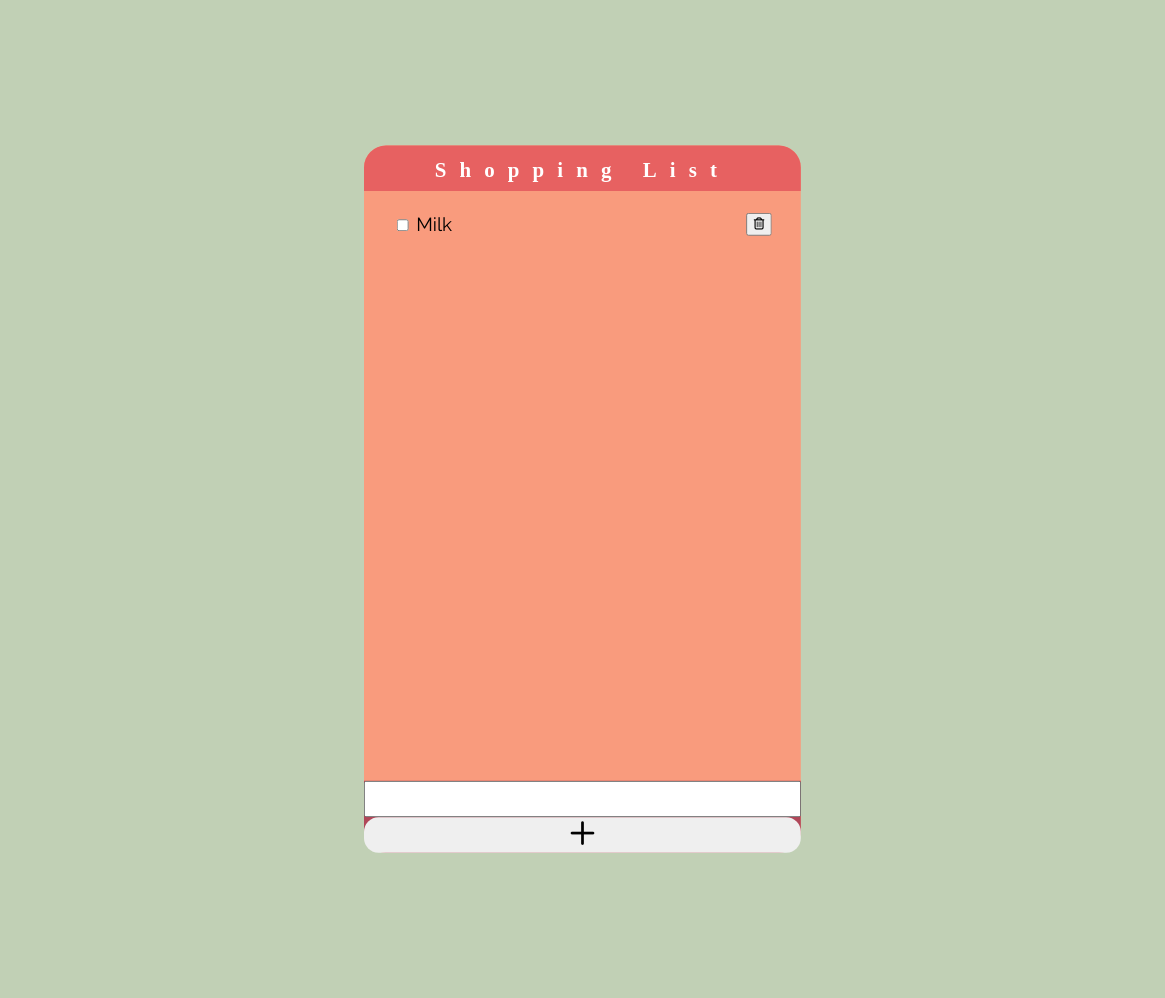
Repository: sephinejo/shopping-list-app
Page: index.html
The author's editor kept a copy of each file at every save. The page is drawn from the files as they stood at one save, then again after a run of saves.
The browser window is 1280 px wide. The pictures show the whole page, at 91% of full size.
Some web fonts or font styles are not loaded; a fallback is used. Some web libraries are served in a nearby version.

Above is the page before, as saved 2023-05-12 11:12:25.

After the next 2 saves:
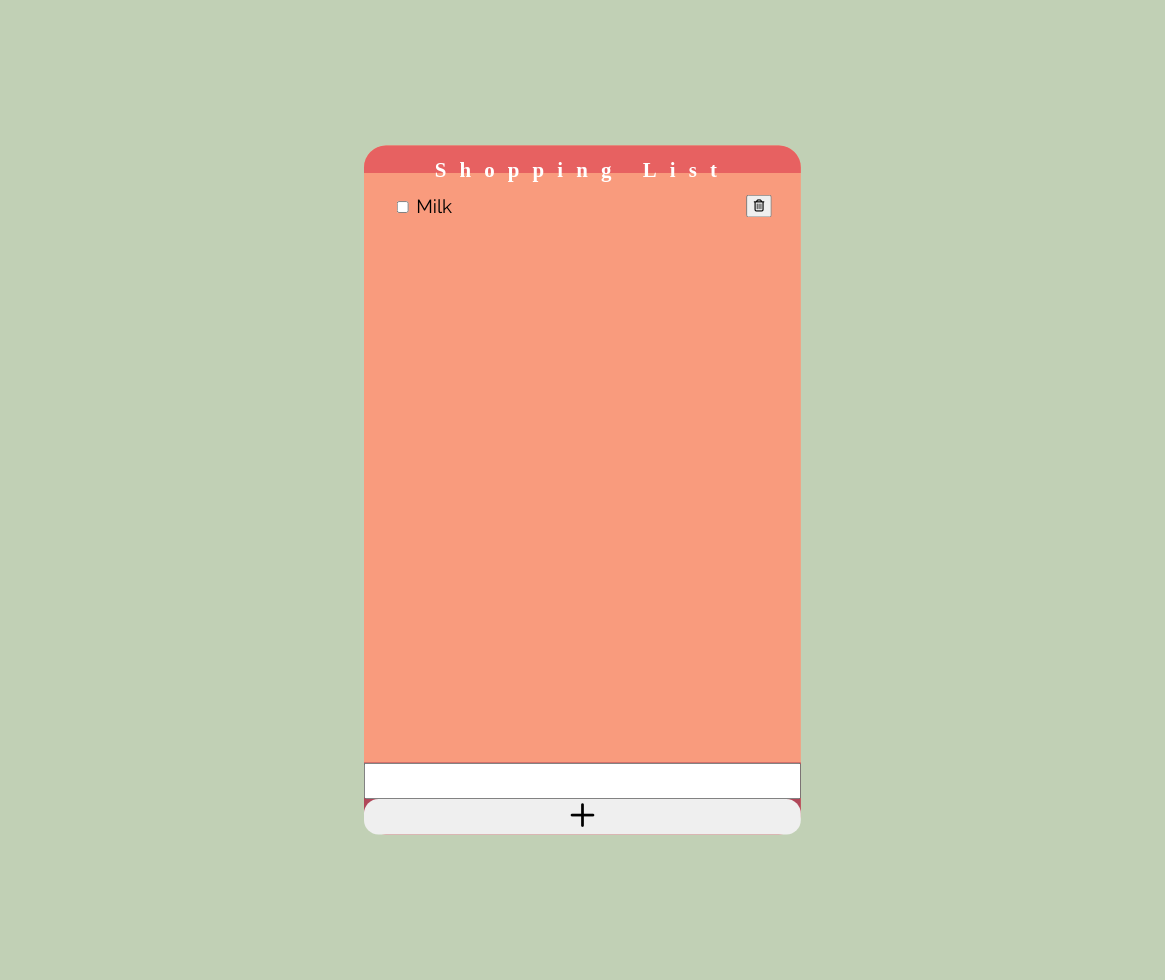
The 2 saves are shown as one change because they came seconds apart.
The last was saved 11 s later.
--- a/style.css
+++ b/style.css
@@ -15,7 +15,7 @@ body {
 }
 
 .header {
-  height: 50px;
+  height: 0.5rem;
   padding: 15px;
   font-family: 'Alice';
   font-size: 23px;
